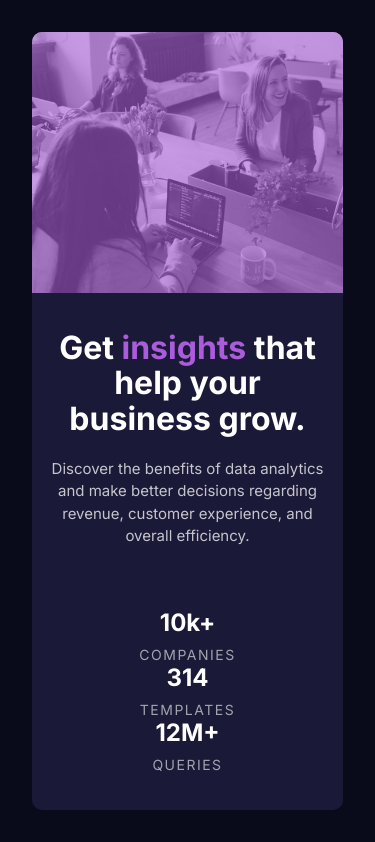
Repository: keisewarsame/stats-preview-frontendmentor
Page: index.html
An editor plug-in stored every save of this project. The page is shown before and after the next save, followed by the edit.
The browser window is 375 px wide. The pictures show the whole page.

Above is the page before, as saved 2022-07-12 14:26:57.

After the next save:
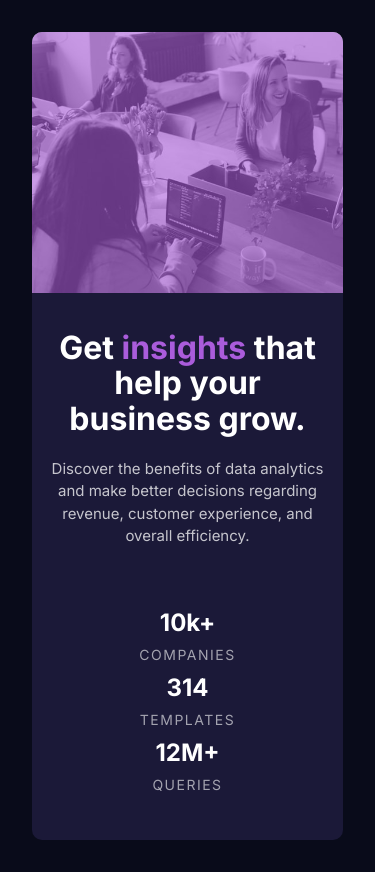
Saved 4 s later.
--- a/styles.css
+++ b/styles.css
@@ -114,6 +114,6 @@ img {
     }
 
     .stats-component div {
-        margin
+        margin-bottom: 10px;
     }
 }
